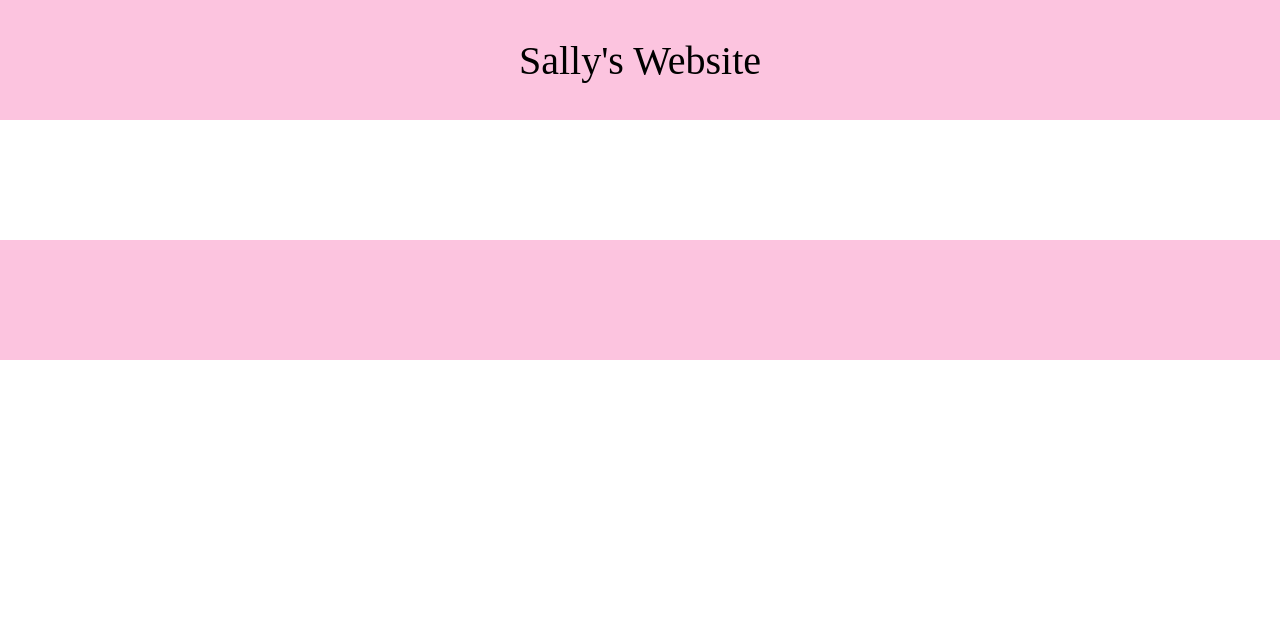
Repository: tianjiewang2022/tianjiewang2022.github.io
Page: index.html
These files come from the project's save history. The page is drawn as it stood at one moment and after the next save; the edit follows.
The browser window is 1280 px wide. The pictures show the whole page.

Above is the page before, as saved 2023-10-02 21:10:15.

### index.html
<!DOCTYPE html>
<html lang="en">

    <head>
        <meta charset="UTF-8">
        <meta name="viewport" content="width=device-width, initial-scale=1.0">
        <title>Sally's Webpage</title>
        <style>
            body {
                margin: 0;
                padding: 0;
                display: grid;
                grid-template-rows: repeat(6, 1fr);
                grid-template-columns: repeat(6, 1fr);
                height: 100vh;
            }

            header {
                background-color: rgb(252, 196, 223);
                color: rgb(0, 0, 0);
                grid-column: 1 / span 6;
                grid-row: 1 / span 1;
                display: flex;
                justify-content: center;
                align-items: center;
                font-size: 40px;
                z-index: 100;
                height: calc(100vh / 6);
                /* Set the height of the header */
            }

            .left_bar {
                background-color: rgb(252, 196, 223);
                grid-row: 2 / span 4;
                grid-column: 1 / span 1;
                position: fixed;
                height: calc(4 * (100vh / 6));
                /* Set the height of the left bar */
            }

            .main_area {
                background-color: rgb(252, 196, 223);
                grid-row: 2 / span 4;
                grid-column: 2 / span 4;
                display: flex;
                justify-content: center;
                align-items: center;
                position: relative;
            }

            .right_bar {
                background-color: rgb(252, 196, 223);
                grid-row: 2 / span 4;
                grid-column: 6 / span 1;
                position: fixed;
                height: calc(4 * (100vh / 6));
                /* Set the height of the right bar */
            }

            footer {
                background-color: rgb(252, 196, 223);
                grid-column: 1 / span 6;
                display: flex;
                justify-content: center;
                align-items: center;
                z-index: 100;
            }
        </style>
    </head>

    <body>
        <header>
            Sally's Website
        </header>
        <div>
            <!-- Your content goes here -->
            <span class="left_bar"></span>
            <span class="main_area"></span>
            <span class="right_bar"></span>
        </div>
        <footer></footer>
    </body>

</html>

After the next save:
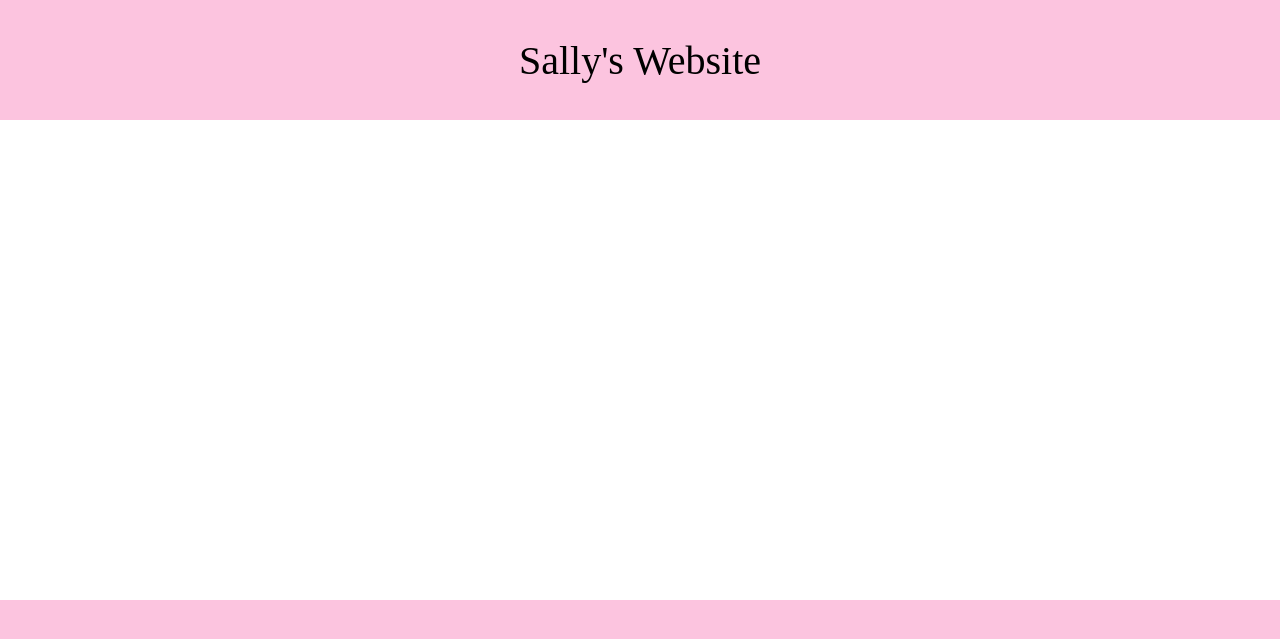
Saved 15 s later.
--- a/index.html
+++ b/index.html
@@ -60,6 +60,8 @@
             footer {
                 background-color: rgb(252, 196, 223);
                 grid-column: 1 / span 6;
+                grid-row: 6 / span 1;
+                /* Place the footer in the last row */
                 display: flex;
                 justify-content: center;
                 align-items: center;
